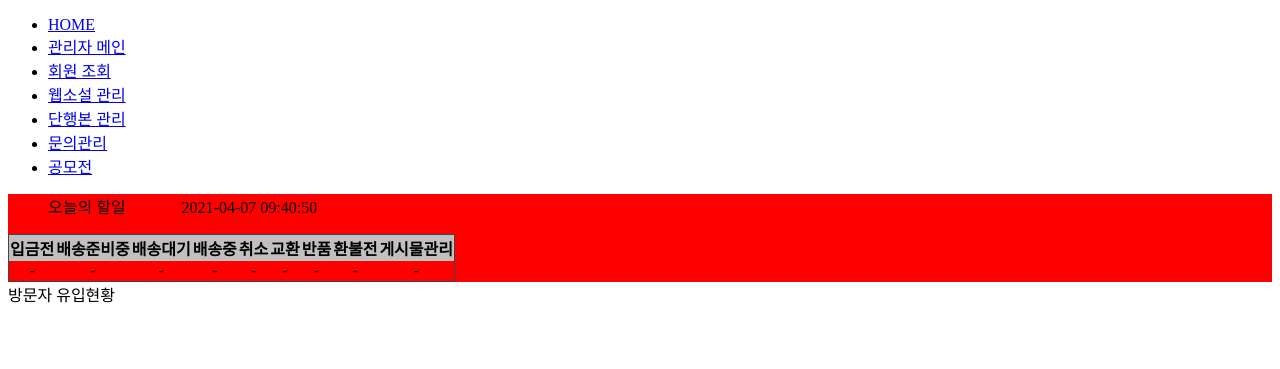
Repository: hoony0203/firstbook
Page: http://localhost/first_book/admin/main
These files come from the project's save history. The page is drawn as it stood at one moment and after the next save; the edit follows.
The browser window is 1280 px wide. The pictures show the whole page.
The page is served by Tomcat 9.

Above is the page before, as saved 2021-04-10 08:11:29.

After the next save:
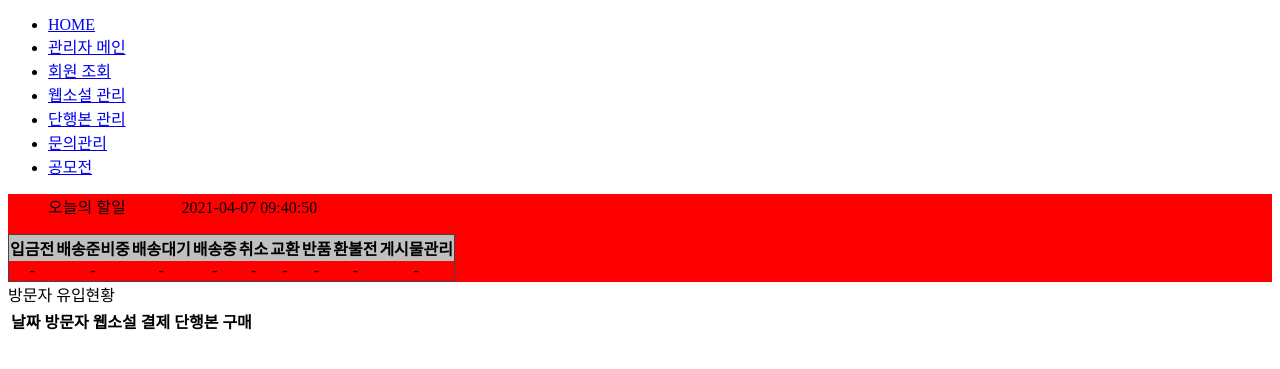
Saved 51 s later.
--- a/first_book/web/WEB-INF/views/admin/adminMain.jsp
+++ b/first_book/web/WEB-INF/views/admin/adminMain.jsp
@@ -79,7 +79,22 @@
 
 
 
-		<article></article>
+		<article>
+
+			<table>
+
+				<tr>
+					<th>날짜</th>
+					<th>방문자</th>
+					<th>웹소설 결제</th>
+					<th>단행본 구매</th>
+
+				</tr>
+
+
+			</table>
+
+		</article>
 
 
 
